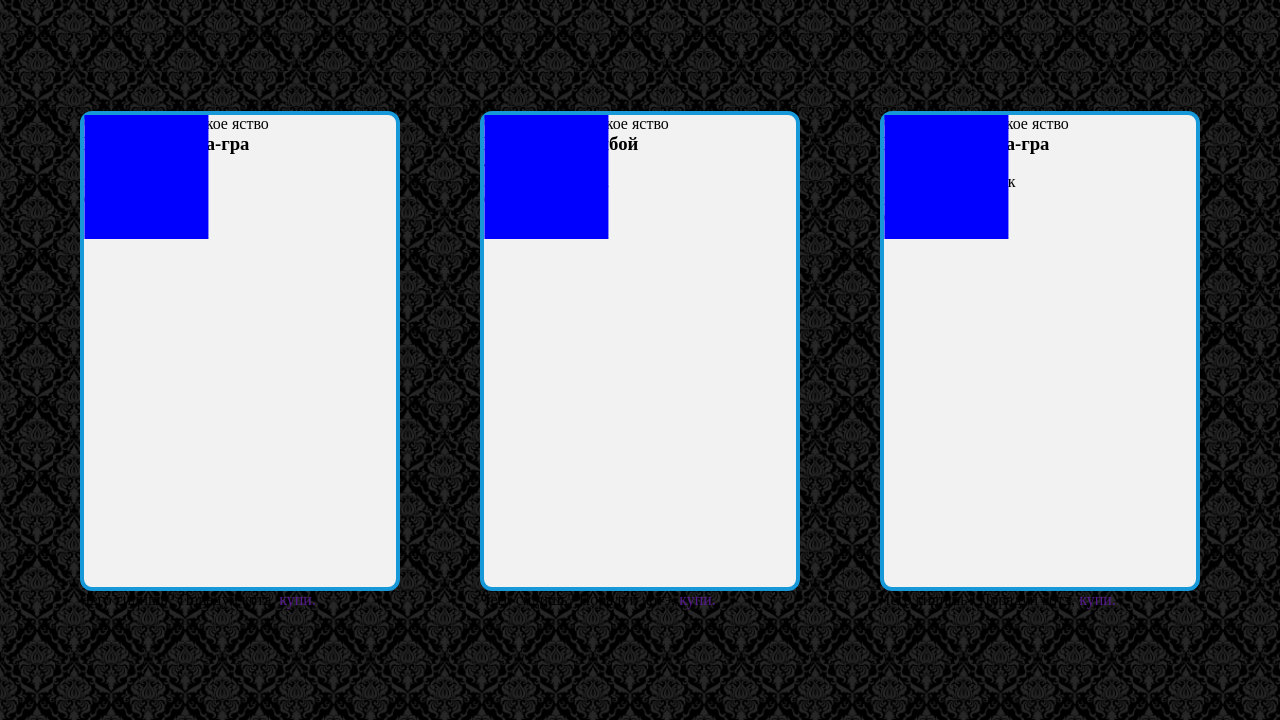
Repository: acbukka/tech-qt
Page: index.html
An editor plug-in stored every save of this project. The page is shown before and after the next save, followed by the edit.
The browser window is 1280 px wide. The pictures show the whole page.

Above is the page before, as saved 2022-06-17 16:00:12.

After the next save:
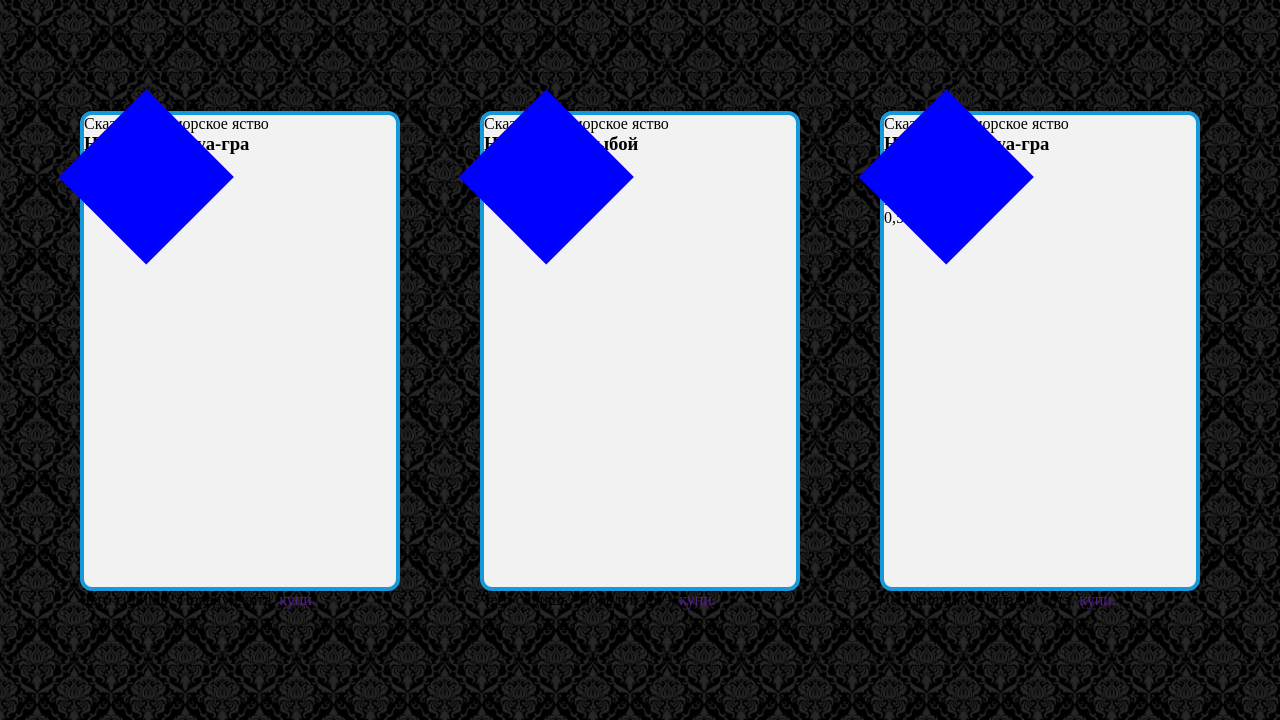
Saved 7 s later.
--- a/src/style.css
+++ b/src/style.css
@@ -101,7 +101,7 @@
   background: blue;
   top: 0;
   left: 0;
-  transform:  rotate(90deg);
+  transform:  rotate(45deg);
 }
 
 .cards-wrapper
